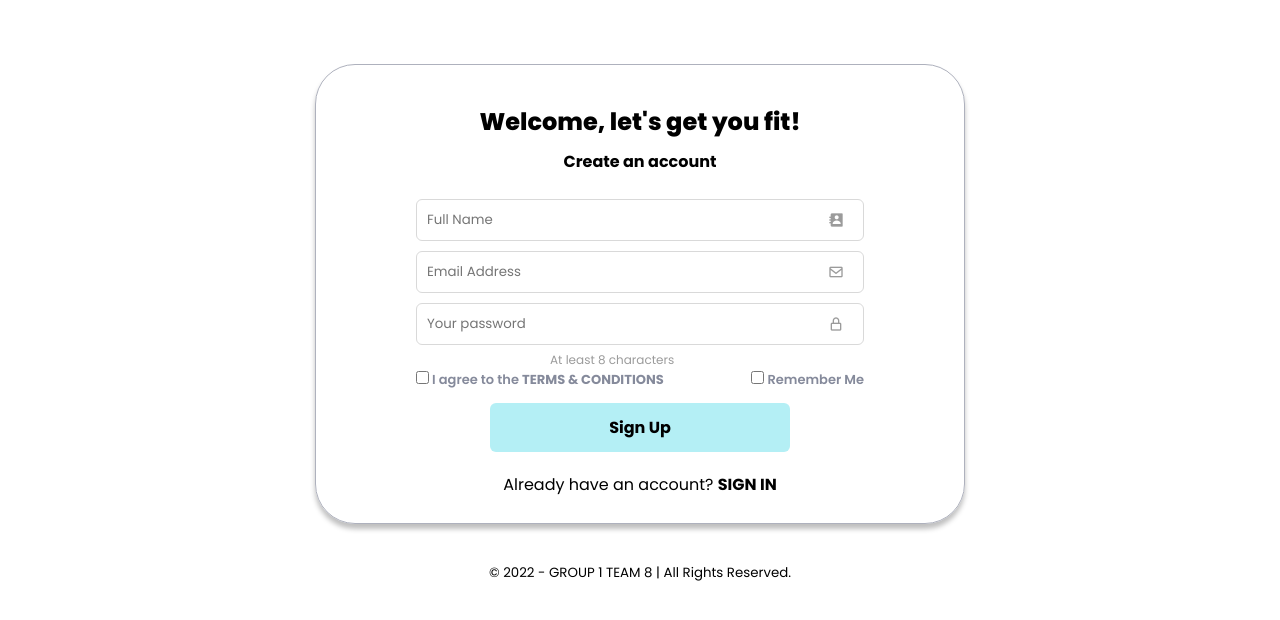
Repository: Rellzcodez/Group1-Team8
Page: pages/signup.html
These files come from the project's save history. The page is drawn as it stood at one moment and after the next save; the edit follows.
The browser window is 1280 px wide. The pictures show the whole page.

Above is the page before, as saved 2022-09-12 14:15:04.

### pages/signup.html
<!DOCTYPE html>
<html lang="en">
    <head>
        <meta charset="UTF-8">
        <meta http-equiv="X-UA-Compatible" content="IE=edge">
        <meta name="viewport" content="width=device-width, initial-scale=1.0">
        <link href='https://unpkg.com/boxicons@2.1.2/css/boxicons.min.css' rel='stylesheet'>
        <link rel="stylesheet" href="/css/signup.css">
        <link rel="preconnect" href="https://fonts.googleapis.com">
        <link rel="preconnect" href="https://fonts.gstatic.com" crossorigin>
        <link href="https://fonts.googleapis.com/css2?family=Poppins:wght@100&display=swap" rel="stylesheet">
        <link rel="shortcut icon" href="/images/favicon-32x32.png" type="image/x-icon">
        <title>SIGN UP</title>
    </head>
    <body>

        <div class="form-container">
            <div class="form-container-desc">
                <h1>Welcome, let's get you fit!</h1>
                <p><b>Create an account</b></p>
            </div>
            <form action="#" class="login active">
                <div class="input-group">
                    <input type="text" placeholder="Full Name" id="fullname" required>
                    <i class='bx bxs-contact'></i>
                </div>

                <div  class="input-group">
                    <input type="email" placeholder="Email Address" id="emailAddress" required>
                    <i class='bx bx-envelope'></i>
                </div>

                <div  class="input-group">
                    <input type="password" pattern=".{8,}" id="password" placeholder="Your password" required>
                    <i class='bx bx-lock-alt' ></i>
                </div>
                <span class="help-text">At least 8 characters</span>

                <div class="terms">
                    <label class="checkbox_label" for="terms">
                        <input type="checkbox" id="terms" name="terms">
                     I agree to the <b>TERMS & CONDITIONS</b>
                    </label>
                    <label class="checkbox_label" for="remember_me">
                        <input type="checkbox" id="remember_me" name="terms"> Remember Me</label>
                </div>

                <a href="#"><button type="submit" class="signup"><b>Sign Up</b></button></a>

            <p  class="cta">Already have an account? <a class="a" href="signin.html" onclick="switchForm('login', event)"><b>SIGN IN</b></a> </p>

            </form>
        </div>

        <footer>
            <small class="footer-small">&copy; 2022 - GROUP 1 TEAM 8 | All Rights Reserved.</small>
        </footer>
    </body>

</html>

### css/signup.css
@import url("https://fonts.googleapis.com/css2?family=Poppins:wght@400;600;700;800&display=swap");

*{
    padding: 0;
    margin: 0;
    box-sizing: border-box;
}

body{
    place-items: center;
    align-items: center;
    font-family: 'Poppins', sans-serif;
}
button, input, a{
    font-family: 'Poppins', sans-serif;
}
h1 {
    font-weight: 800;
    padding-top: 2%;
}

p {
    font-weight: 700;
    margin: 10px auto 20px;
}

.form-container{
    background: rgba(255, 255, 255, 0.82);
    border: 1px solid #AEB1BD;
    box-shadow: 0px 5px 5px rgba(0, 0, 0, 0.25);
    border-radius: 40px;
    margin: 5% auto;
    width: 650px;
    height: 460px;
    padding: 30px 100px;
}

.form-container .form-container-desc,
form{
    text-align: center;
}
.form-container-desc h1{
    font-size: 24px;
}
form div{
    padding: 5px 0;
}

form label{
    color: #fff;
    display: block;
    padding-bottom: 3px;
    color: #858A9B;

}

form input:not([type='checkbox']) {
    border: 1px solid #D9D9D9;
    outline: none;
    padding: 10px 10px;
    width: 100%;
    border-radius: 2px;
    color: #858A9B;
}

.input-group {
    width: 100%;
    position: relative;
}
.input-group input {
    padding: 12px 40px 12px 20px;
    outline: none;
    border-radius: 6px;
    border: 1px solid #AEB1BD;
    width: 100%;
    transition: all .3s ease;
}

/* Validation */
  .input-group input:focus,
.input-group input:not(:placeholder-shown) {
    border-color: #277FFE;
    background: #F4F2FF;
}
.input-group input:focus + i,
.input-group input:not(:placeholder-shown) + i {
    color: #277FFE;
}
.input-group input:focus:valid {
    box-shadow: 0 0 0 4px #AECFFF;
}

.input-group input:valid:not(:placeholder-shown) {
    border-color:#23AE00;
}
.input-group input:valid:not(:placeholder-shown) + i {
    color:#23AE00;
}
.input-group input:invalid:not(:placeholder-shown) {
    border-color:#FE2727;
}
.input-group input:invalid:not(:placeholder-shown) + i {
    color:#FE2727;
}
.input-group input:focus:invalid {
    box-shadow: 0 0 0 4px #FFD2D2;
}
.input-group input:focus,
.input-group input:focus:placeholder-shown {
    box-shadow: 0 0 0 4px #AECFFF;
}


/* Validation */


  .input-group i {
    position: absolute;
    top: 50%;
    transform: translateY(-50%);
    right: 20px;
    color: #9B9B9B;
    pointer-events: none;
}
span{
    position: absolute;
    top: 50%;
    transform: translateY(-50%);
    left: 550px;
    color: #9B9B9B;
    pointer-events: none;

}
 span.help-text {
    font-size: 12px;
    color: #9B9B9B;

}
input{
    margin: 0 auto;
}
#fullname, #emailAddress, #password {
    outline: none;
    border-radius: 6px;
    width: 100%;
    transition: all .3s ease;
}

.checkbox_label{
    display: inline;
}

.terms{
    display: flex;
    justify-content: space-between;
    font-weight: 600;
    font-size: 13px;
    padding-top: 20px;
    padding-bottom: 10px;
}



form input:focus{
    outline: 1px solid cyan;
}
.signup {
    padding: 12px 0;
    width: 300px;
    text-align: center;
    color: #000;
    border-radius: 6px;
    cursor: pointer;
    transition: all .3s ease;
    border: none;
    font-size: 16px;
    font-weight: 500;
    background: #B4EFF5;
    margin-bottom: 20px;
    }
    .signup:hover{
        color: #fff;
        background: #343C59;
    }

.a{text-decoration: none;
    color: black;}

.cta{
    font-weight: inherit;
    margin: 0 auto;
}

        .signup:active {
            background-color: #858A9B;
        }

        .signup:disabled {
            background-color: #CED0D7;
        }

        .sign:hover {
            color: rgb(255, 255, 255);
        }

        .sign:active {
            color: rgb(255, 255, 255);
        }

        .cta a:hover {
            color: #858A9B;
        }

        .a:hover {
            color: #858A9B;
        }

        .a:active {
            color: #858A9B;
        }

.footer-small{
    display: flex;
    justify-content: center;
    font-family: 'Poppins', sans-serif;
    margin-top: -25px;
}

After the next save:
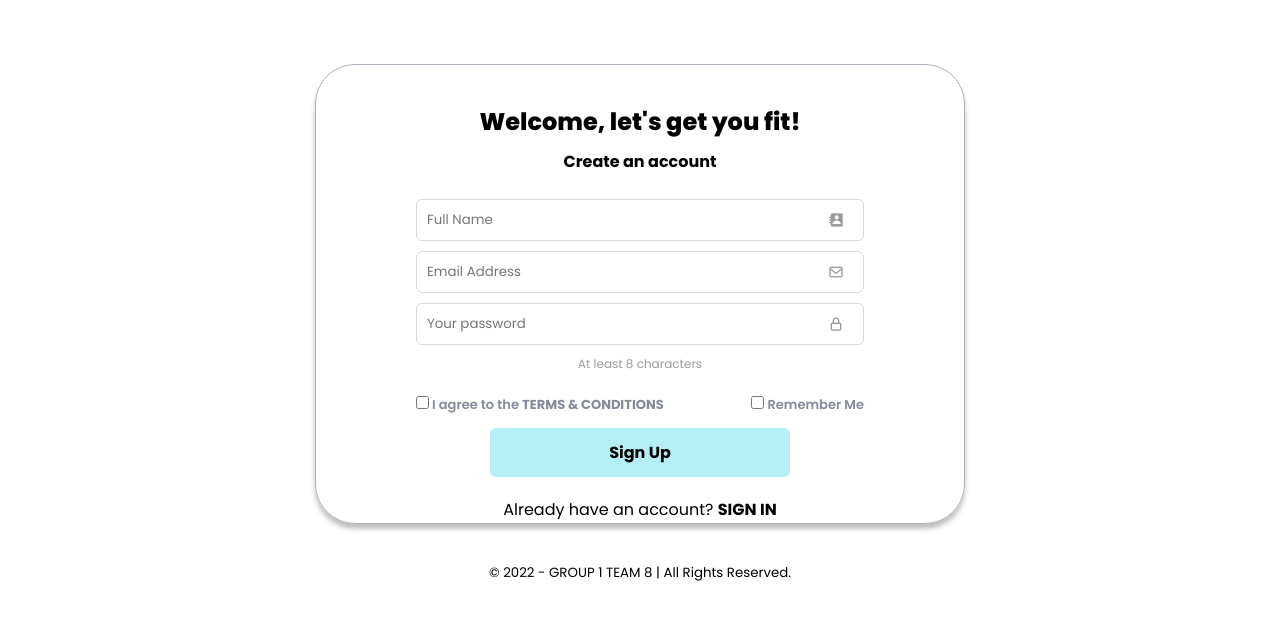
Saved 8 min 23 s later.
--- a/css/signup.css
+++ b/css/signup.css
@@ -123,9 +123,7 @@ form input:not([type='checkbox']) {
     pointer-events: none;
 }
 span{
-    position: absolute;
-    top: 50%;
-    transform: translateY(-50%);
+
     left: 550px;
     color: #9B9B9B;
     pointer-events: none;
